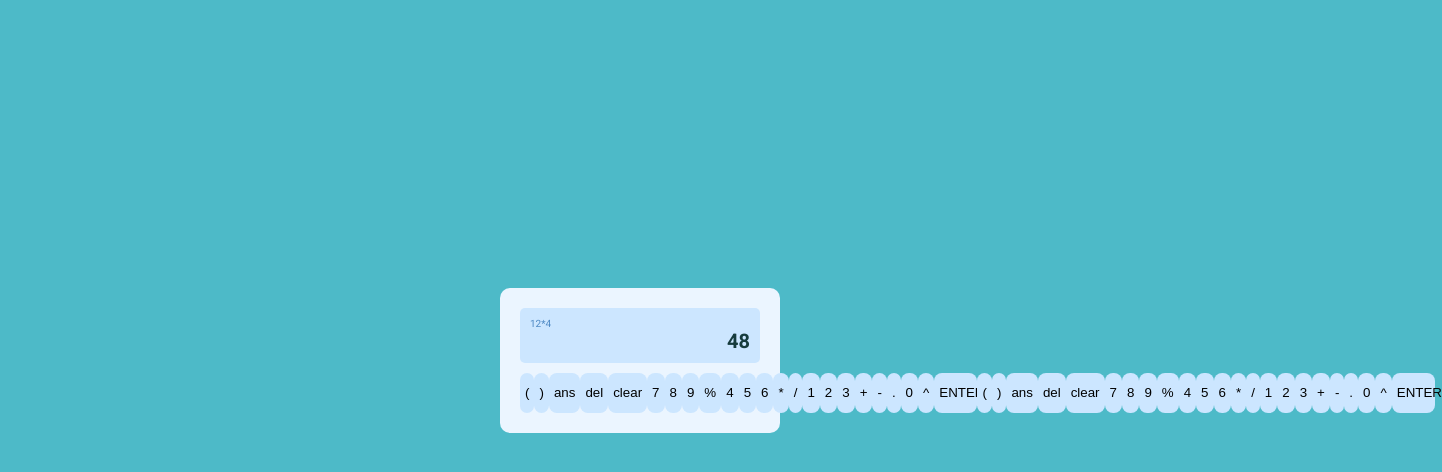
Repository: Herinyhert/Calculate-infix-a-postfix
Page: index.html
These files come from the project's save history. The page is drawn as it stood at one moment and after a run of saves; the edit follows.
The browser window is 1280 px wide. The page is 1442 px wide, so the pictures cover 1442 px, including what lies to the right of the window. The pictures show the whole page.

Above is the page before, as saved 2023-11-02 19:23:01.

### index.html
<html lang="en">
  <head>
    <meta charset="UTF-8" />
    <meta http-equiv="X-UA-Compatible" content="IE=edge" />
    <meta name="viewport" content="width=device-width, initial-scale=1.0" />
    <title>Calculator</title>
    <link rel="preconnect" href="https://fonts.googleapis.com" />
    <link rel="preconnect" href="https://fonts.gstatic.com" crossorigin />
    <link
      href="https://fonts.googleapis.com/css2?family=Roboto:wght@300;400;500;700&display=swap"
      rel="stylesheet"
    />
    <link rel="stylesheet" href="css/index.css" />
  </head>
  <body>
    <div class="caculate-container">
      <div class="calculator-result-preview">
        <div id="operation">12*4</div>
        <div id="operation-result">48</div>
      </div>
      <div id="calculator-buttons"></div>
    </div>
    <script src="js/index.js" type="module"></script>
  </body>
</html>

### css/index.css
body{
    display: flex;
    justify-content: center;
    align-items: center;
    min-height: 100vh;
    background-color: #4dbac8;
    box-sizing: border-box;
    margin: 0;
    padding: 0;
    font-family: 'Roboto', sans-serif;
}
.caculate-container{
    background-color: #ebf5ff;
    padding: 20px;
    border-radius: 10px;
    width: 240px;
}
.calculator-result-preview{
    background-color: #cce6ff;
    width: auto;
    border-radius: 5px;
    padding: 10px;
}
#operation{
    color: #4f8ac5;
    font-size: 10px;
}
#operation-result{
    color: #173c3d;
    font-size: 20px;
    font-weight: bold;
    display: flex;
    justify-content: flex-end;
}
#calculator-buttons{
    display:flex;
    justify-content: space-between;
    margin-top: 10px;
}
.button{
    background-color: #cce6ff;
    padding: 5px;
    border-radius: 8px;
    width: 18%;
    height: 40px;
    border: 0;

}

### js/index.js
import { buttons } from './buttons.js';
const buttonContainer = document.getElementById('calculator-buttons');
buttons.forEach(button => {
    const buttonElement = document.createElement('button');
    buttonElement.className = button.className;
    buttonElement.innerText = button.value.toString();
    buttonContainer.appendChild(buttonElement);
});

### js/buttons.js
import { calculate } from "./calculator.js";
let operation = "";
const operationContainer = document.getElementById("operation");
const operationResult = document.getElementById("operation-result");
const buttonContainer = document.getElementById("calculator-buttons");
function addValue(value) {
    operation += value;
    operationContainer.innerHTML = operation;
}
function handleCalculate(operation) {
    operationResult.innerHTML = calculate(operation).toString();
}
function handleClear() {
    operation = "";
    operationContainer.innerHTML = "";
    operationResult.innerHTML = "0";
}
function handleDelete() {
    operation = operation.slice(0, operation.length - 1);
    operationContainer.innerHTML = operation;
}
export const buttons = [
    {
        value: "(",
        className: "button small dark",
        action: addValue,
    },
    {
        value: ")",
        className: "button small dark",
        action: addValue,
    },
    {
        value: "ans",
        className: "button small dark",
        action: addValue,
    },
    {
        value: "del",
        className: "button small dark",
        action: handleDelete,
    },
    {
        value: "clear",
        className: "button small dark",
        action: handleClear,
    },
    {
        value: "7",
        className: "button",
        action: addValue,
    },
    {
        value: "8",
        className: "button",
        action: addValue,
    },
    {
        value: "9",
        className: "button",
        action: addValue,
    },
    {
        value: "%",
        className: "button dark large",
        action: addValue,
    },
    //   {
    //     value: "√",
    //     className: "button dark",
    //     action: addValue,
    //   },
    {
        value: "4",
        className: "button",
        action: addValue,
    },
    {
        value: "5",
        className: "button",
        action: addValue,
    },
    {
        value: "6",
        className: "button",
        action: addValue,
    },
    {
        value: "*",
        className: "button dark",
        action: addValue,
    },
    {
        value: "/",
        className: "button dark",
        action: addValue,
    },
    {
        value: "1",
        className: "button",
        action: addValue,
    },
    {
        value: "2",
        className: "button",
        action: addValue,
    },
    {
        value: "3",
        className: "button",
        action: addValue,
    },
    {
        value: "+",
        className: "button dark",
        action: addValue,
    },
    {
        value: "-",
        className: "button dark",
        action: addValue,
    },
    {
        value: ".",
        className: "button dark",
        action: addValue,
    },
    {
        value: "0",
        className: "button",
        action: addValue,
    },
    {
        value: "^",
        className: "button dark",
        action: addValue,
    },
    {
        value: "ENTER",
        className: "button dark large",
        action: handleCalculate,
    },
];
buttons.forEach((button) => {
    const buttonElement = document.createElement("button");
    buttonElement.className = button.className;
    buttonElement.innerText = button.value.toString();
    if (button.value === "ENTER") {
        buttonElement.addEventListener("click", () => button.action(operation));
    }
    else {
        buttonElement.addEventListener("click", () => button.action(button.value.toLocaleString()));
    }
    buttonContainer === null || buttonContainer === void 0 ? void 0 : buttonContainer.appendChild(buttonElement);
});

### js/calculator.js
import { OPERATORS } from "./enums/operators.js";
const OPERAND_STACK = [];
const OPERATOR_STACK = [];
function isOperator(operator) {
    return (operator === OPERATORS.POW ||
        operator === OPERATORS.MINUS ||
        operator === OPERATORS.PLUS ||
        operator === OPERATORS.MULTIPLY ||
        operator === OPERATORS.DIVIDE ||
        operator === OPERATORS.MODULE);
}
function getProcedence(operator) {
    if (operator === OPERATORS.POW) {
        return 3;
    }
    else if (operator === OPERATORS.MULTIPLY ||
        operator === OPERATORS.DIVIDE ||
        operator === OPERATORS.MODULE) {
        return 2;
    }
    else if (operator === OPERATORS.PLUS || operator === OPERATORS.MINUS) {
        return 1;
    }
    return -1;
}
const action = {
    [OPERATORS.DIVIDE]: (leftNumber, rightNumber) => rightNumber / leftNumber,
    [OPERATORS.PLUS]: (leftNumber, rightNumber) => leftNumber + rightNumber,
    [OPERATORS.MINUS]: (leftNumber, rightNumber) => rightNumber - leftNumber,
    [OPERATORS.MULTIPLY]: (leftNumber, rightNumber) => leftNumber * rightNumber,
    [OPERATORS.MODULE]: (leftNumber, rightNumber) => leftNumber % rightNumber,
    [OPERATORS.POW]: (leftNumber, rightNumber) => Math.pow(leftNumber, rightNumber),
};
function calculateOperation() {
    const leftSideNumber = OPERATOR_STACK.pop(); //2
    const operation = OPERAND_STACK.pop(); //+
    const rightSideNumber = OPERATOR_STACK.pop(); //2
    return action[operation](leftSideNumber, rightSideNumber);
}
function evaluateExpression(expression) {
    for (let i = 0; i < expression.length; i++) {
        let currentOperation = expression[i];
        if (!isNaN(Number(currentOperation))) {
            let currentNumber = "";
            while (!isNaN(Number(currentOperation))) {
                currentNumber = `${currentNumber}${currentOperation}`;
                i++;
                if (i < expression.length) {
                    currentOperation = expression.charAt(i);
                }
                else {
                    break;
                }
            }
            i--;
            OPERATOR_STACK.push(Number(currentNumber));
        }
        else if (currentOperation === "(") {
            OPERAND_STACK.push(currentOperation);
        }
        else if (currentOperation === ")") {
            while (OPERAND_STACK[OPERAND_STACK.length - 1] !== "(") {
                const output = calculateOperation();
                OPERATOR_STACK.push(output);
            }
            OPERAND_STACK.pop();
        }
        else if (isOperator(currentOperation)) {
            while (OPERAND_STACK.length !== 0 &&
                getProcedence(currentOperation) <=
                    getProcedence(OPERAND_STACK[OPERAND_STACK.length - 1])) {
                const output = calculateOperation();
                OPERATOR_STACK.push(output);
            }
            OPERAND_STACK.push(currentOperation);
        }
    }
    while (OPERAND_STACK.length !== 0) {
        const output = calculateOperation();
        OPERATOR_STACK.push(output);
    }
    return OPERATOR_STACK.pop();
}
export function calculate(operation) {
    return evaluateExpression(operation);
}

### js/enums/operators.js
export var OPERATORS;
(function (OPERATORS) {
    OPERATORS["PLUS"] = "+";
    OPERATORS["MINUS"] = "-";
    OPERATORS["MULTIPLY"] = "*";
    OPERATORS["DIVIDE"] = "/";
    OPERATORS["SQUARE_ROOT"] = "\u221A";
    OPERATORS["MODULE"] = "%";
    OPERATORS["POW"] = "^";
})(OPERATORS || (OPERATORS = {}));

After the next 6 saves:
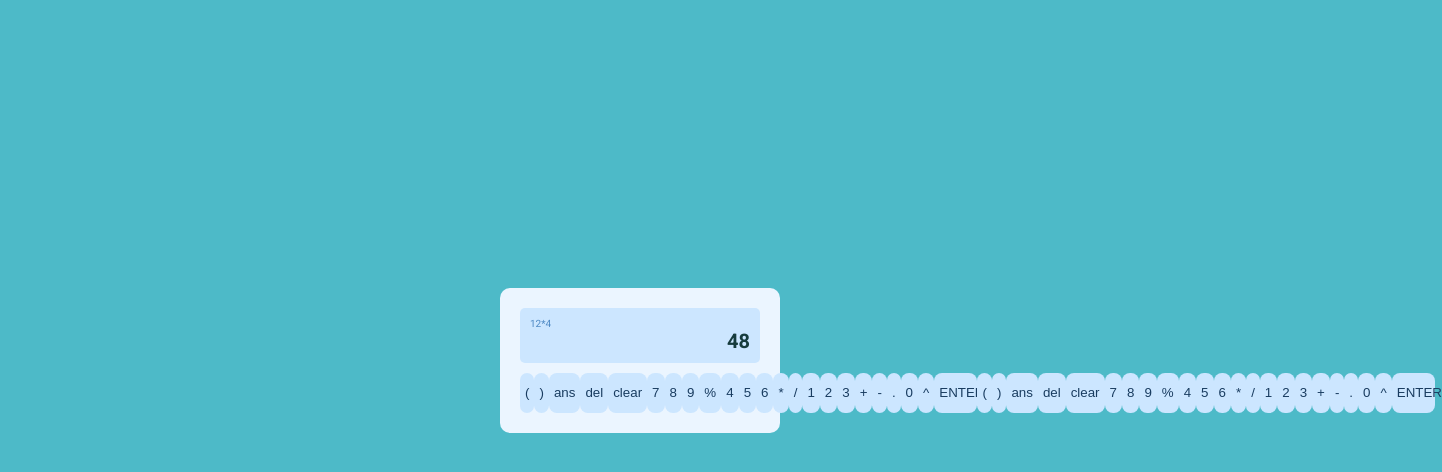
The 6 saves are shown as one change because they came seconds apart.
The last was saved 15 s later.
--- a/css/index.css
+++ b/css/index.css
@@ -44,5 +44,6 @@ body{
     width: 18%;
     height: 40px;
     border: 0;
+    color: #193c60;
 
 }
